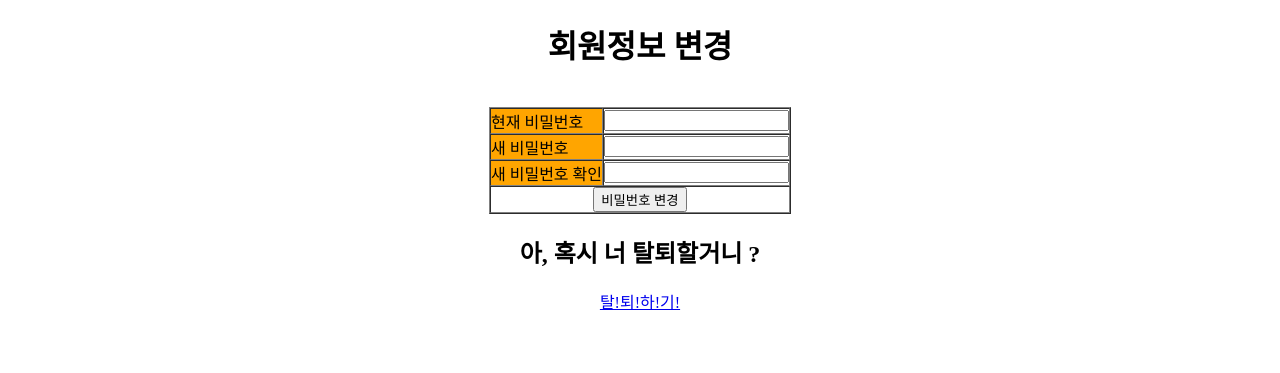
Repository: teeeeeeemo/workspace_spring
Page: http://localhost/BoardWeb/changeUserInfo.jsp
These files come from the project's save history. The page is drawn as it stood at one moment and after the next save; the edit follows.
The browser window is 1280 px wide. The pictures show the whole page.
The page is served by Tomcat 9. Nobody is signed in. The application's start-up code is not run. Other server files are loaded and not shown.

Above is the page before, as saved 2017-01-29 09:49:15.

### BoardWeb/src/main/webapp/changeUserInfo.jsp
<%@ page language="java" contentType="text/html; charset=UTF-8"
	pageEncoding="UTF-8"%>
<!DOCTYPE html PUBLIC "-//W3C//DTD HTML 4.01 Transitional//EN" "http://www.w3.org/TR/html4/loose.dtd">
<html>
<head>
<meta http-equiv="Content-Type" content="text/html; charset=UTF-8">
<title>Insert title here</title>
</head>
<body>
	<center>
		<h1>회원정보 변경</h1>
		<br />
		<form action="changeUserInfo.do" method="post"
			onsubmit="return input_check_func()">
			<table border="1" cellpadding="0" cellspacing="0">
				<tr>
					<td bgcolor="orange">현재 비밀번호</td>
					<td><input type="password" id="password" name="password" value=""></td>
				</tr>
				<tr>
					<td bgcolor="orange">새 비밀번호</td>
					<td><input type="password" id="newPassword" name="newPassword" value=""></td>
				</tr>
				<tr>
					<td bgcolor="orange">새 비밀번호 확인</td>
					<td><input type="password" id="newPasswordCheck" name="newPasswordCheck" value=""></td>
				</tr>
				<tr>
					<td colspan="2" align="center"><input type="submit"
						value="비밀번호 변경" /></td>
				</tr>
			</table>
		</form>

		<h2>${userName }아, 혹시 너 탈퇴할거니 ? </h2>

		<a href="deleteUser.do?id=${userId }">탈!퇴!하!기!</a>


	</center>
	<script>
    // input_check_func는 비번 변경 3가지 문항을 전부다 채워 넣었는지 check 해준다
    // 이는 form onsubmit에 의해 발동되며 return 값이 false 일 경우 페이지의 데이터가 action= 좌표로 넘어가지 않게된다
    function input_check_func() {
        var password = document.getElementById('password').value;
        var newPassword = document.getElementById('newPassword').value;
        var newPasswordCheck = document.getElementById('newPasswordCheck').value;

        if(password == null || newPassword == null || newPasswordCheck == null ||
        		password == "" || newPassword == ""   || newPasswordCheck == "") {
            alert("다 입력해야지 바부야");
            return false;
        }
        // 새로운 비밀번호와 새로운 비밀번호 확인 input에 적은 값이 다르다면 경고창을 띄우고 false를 반환해서 action을 막는다
        else if ( newPassword != newPasswordCheck ) {
            alert("새 비번 두개 다 똑같이 입력해야지!!!!");
            return false;
        } else {
            // input들이 공백인지, 새 비밀번호와 새 비밀번호 확인 유무가 통과되면 action=좌표 로 이동한다
            // 여기서 현재 비밀번호가 맞는지 안맞는지는 확인안한다 조금 어렵더라고
            return true;
        }
    }
    </script>

</body>

</html>

After the next save:
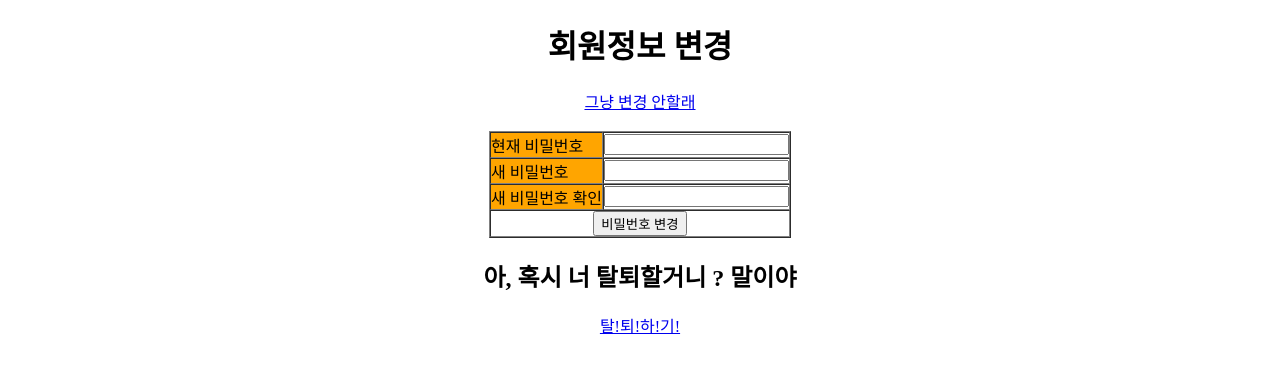
Saved 5 min 6 s later.
--- a/BoardWeb/src/main/webapp/changeUserInfo.jsp
+++ b/BoardWeb/src/main/webapp/changeUserInfo.jsp
@@ -9,7 +9,7 @@
 <body>
 	<center>
 		<h1>회원정보 변경</h1>
-		<br />
+		<a href="getBoardList.do">그냥 변경 안할래</a> <br><br>
 		<form action="changeUserInfo.do" method="post"
 			onsubmit="return input_check_func()">
 			<table border="1" cellpadding="0" cellspacing="0">
@@ -32,7 +32,7 @@
 			</table>
 		</form>
 
-		<h2>${userName }아, 혹시 너 탈퇴할거니 ? </h2>
+		<h2>${userName }아, 혹시 너 탈퇴할거니 ? ${userId }말이야  </h2>
 
 		<a href="deleteUser.do?id=${userId }">탈!퇴!하!기!</a>
 
